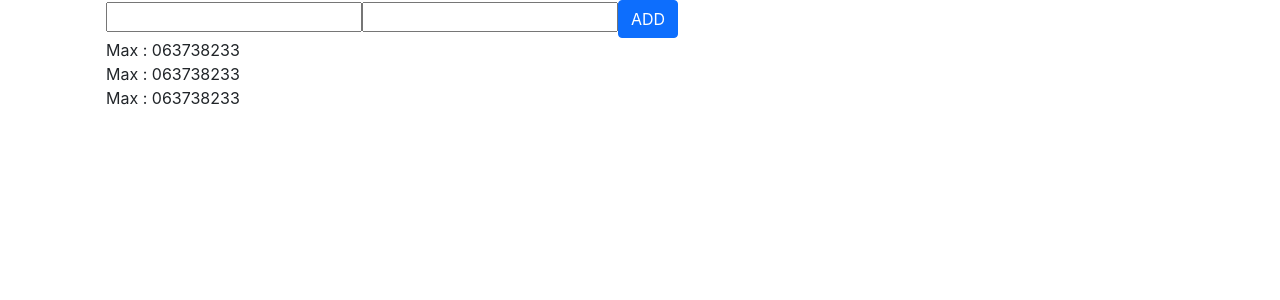
Repository: tsydikov/phone_book
Page: /
These files come from the project's save history. The page is drawn as it stood at one moment and after a run of saves; the edit follows.
The browser window is 1280 px wide. The pictures show the whole page.
The project was rebuilt for these pictures with package versions that can differ from the ones it lists, and the page was loaded fresh each time. Also part of the build but not shown: src/App.css.

Above is the page before, as saved 2021-10-07 19:12:32.

After the next 2 saves:
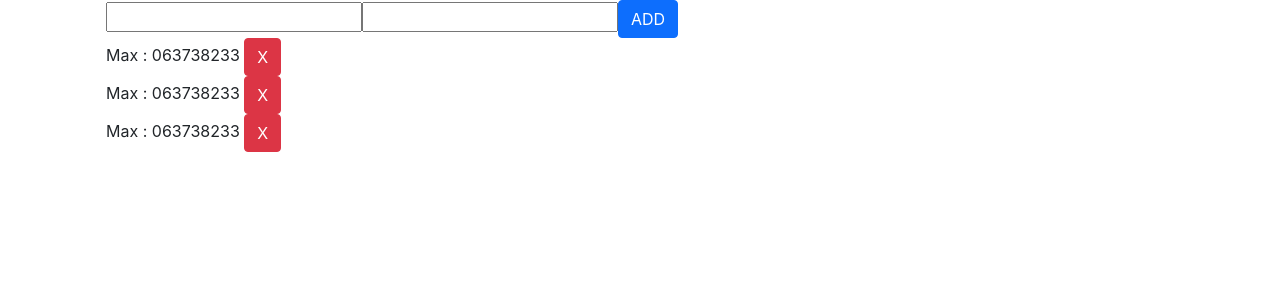
The 2 saves are shown as one change because they came seconds apart.
The last was saved 63 s later.
--- a/src/components/PhoneItem.jsx
+++ b/src/components/PhoneItem.jsx
@@ -1,11 +1,11 @@
 import React from "react";
-import { Col, Container, Row } from "react-bootstrap";
+import { Button, Col, Container, Row } from "react-bootstrap";
 
 const PhoneItem = ({phone}) => {
   return (
     <Container>
       <Row>
-        <Col>{phone.name} : {phone.phoneNamber}</Col>
+        <Col>{phone.name} : {phone.phoneNamber} <Button variant="danger">X</Button></Col>
       </Row>
     </Container>
   );
